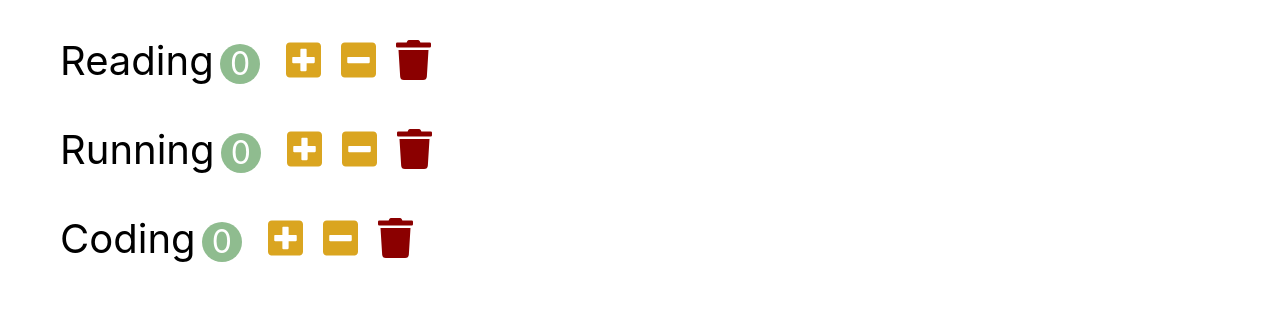
Repository: keehoonjung/react-habit-tracker
Page: / (app in react/habit-tracker/)
An editor plug-in stored every save of this project. The page is shown before and after a run of saves, followed by the edit.
The browser window is 1280 px wide. The pictures show the whole page.
The project was rebuilt for these pictures with package versions that can differ from the ones it lists, and the page was loaded fresh each time.

Above is the page before, as saved 2021-08-30 18:19:06.

After the next 3 saves:
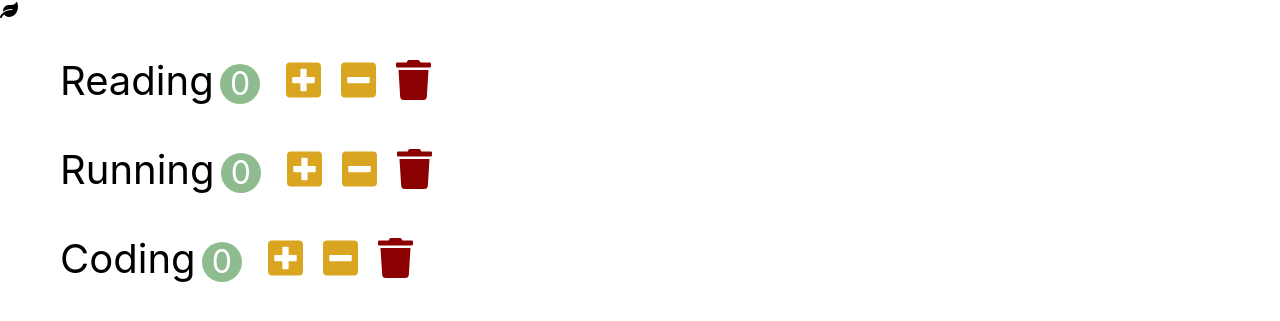
The 3 saves are shown as one change because 2 did not build or start.
The last was saved 3 min 44 s later.
--- a/react/habit-tracker/src/app.jsx
+++ b/react/habit-tracker/src/app.jsx
@@ -7,7 +7,14 @@ class App extends Component {
     count: 0,
   };
   render() {
-    return <Habits />;
+    return (
+      <>
+        <nav className="header">
+          <i className="fas fa-leaf"></i>
+        </nav>
+        <Habits />
+      </>
+    );
   }
 }
 
